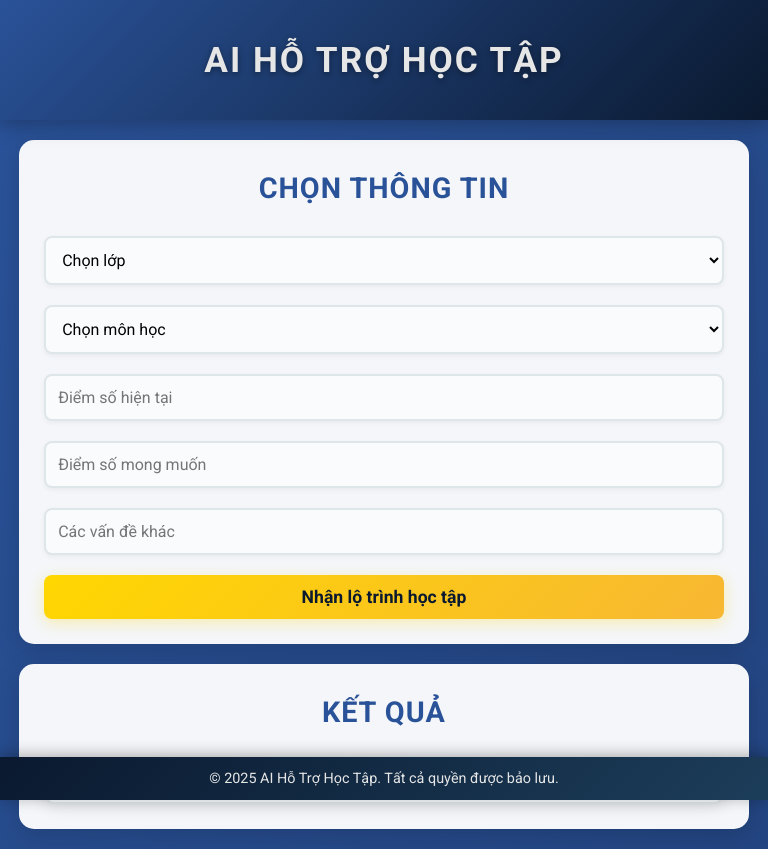
Repository: quankenda73/Prject_Final
Page: INDEX/lotrinhhoctap.html
The author's editor kept a copy of each file at every save. The page is drawn from the files as they stood at one save, then again after the next save.
The browser window is 768 px wide. The pictures show the whole page.

Above is the page before, as saved 2025-02-25 11:21:58.

### INDEX/lotrinhhoctap.html
<!DOCTYPE html>
<html lang="vi">
<head>
    <meta charset="UTF-8">
    <meta name="viewport" content="width=device-width, initial-scale=1.0">
    <title>AI Hỗ Trợ Học Tập</title>
    <link href="https://fonts.googleapis.com/css2?family=Roboto:wght@400;700&display=swap" rel="stylesheet">
    <style>
       /* CSS cho trang */
* {
    margin: 0;
    padding: 0;
    box-sizing: border-box;
    font-family: 'Roboto', sans-serif;
}

/* Body */
body {
    background: linear-gradient(135deg, #1e3c72, #2a5298, #1e3c72); /* Gradient xanh lam đậm */
    background-size: 300% 300%;
    animation: gradientBG 15s ease infinite; /* Hiệu ứng chuyển động nhẹ */
    color: #e6e6e6; /* Màu chữ trắng nhẹ */
    line-height: 1.6;
    min-height: 100vh;
    position: relative;
}

/* Hiệu ứng nền động */
@keyframes gradientBG {
    0% { background-position: 0% 50%; }
    50% { background-position: 100% 50%; }
    100% { background-position: 0% 50%; }
}

/* Header */
header {
    background: linear-gradient(135deg, #2a5298, #0a192f); /* Gradient xanh đậm sang trọng */
    color: #e6e6e6;
    padding: 2rem 0;
    text-align: center;
    box-shadow: 0 4px 20px rgba(0, 0, 0, 0.3);
    position: relative;
    z-index: 10;
}

header h1 {
    font-size: 2.8rem;
    font-weight: 700;
    text-transform: uppercase;
    letter-spacing: 2px;
    text-shadow: 0 2px 6px rgba(0, 0, 0, 0.4);
    animation: fadeInDown 1s ease;
}

/* Container */
.container {
    display: flex;
    justify-content: space-between;
    width: 90%;
    max-width: 1400px; /* Tăng chiều rộng tối đa */
    margin: 40px auto;
    gap: 40px; /* Khoảng cách giữa hai phần */
}

/* Form Container */
.form-container {
    width: 50%;
    background: rgba(255, 255, 255, 0.95);
    padding: 40px;
    border-radius: 15px;
    box-shadow: 0 6px 25px rgba(0, 0, 0, 0.15);
    transition: transform 0.3s ease, box-shadow 0.3s ease;
}

.form-container:hover {
    transform: translateY(-5px);
    box-shadow: 0 10px 35px rgba(0, 0, 0, 0.2);
}

.form-container h2 {
    color: #2a5298;
    font-size: 2rem;
    font-weight: 700;
    text-align: center;
    margin-bottom: 25px;
    text-transform: uppercase;
    letter-spacing: 1px;
}

/* Result Container */
.result-container {
    width: 50%;
    background: rgba(255, 255, 255, 0.95);
    padding: 40px;
    border-radius: 15px;
    box-shadow: 0 6px 25px rgba(0, 0, 0, 0.15);
    transition: transform 0.3s ease, box-shadow 0.3s ease;
}

.result-container:hover {
    transform: translateY(-5px);
    box-shadow: 0 10px 35px rgba(0, 0, 0, 0.2);
}

.result-container h2 {
    color: #2a5298;
    font-size: 2rem;
    font-weight: 700;
    text-align: center;
    margin-bottom: 25px;
    text-transform: uppercase;
    letter-spacing: 1px;
}

/* Input, Select */
input[type="text"],
select {
    width: 100%;
    padding: 14px;
    margin-bottom: 20px;
    border: 2px solid #dfe6e9;
    border-radius: 8px;
    font-size: 1.1rem;
    background: #f9fbfd;
    transition: all 0.3s ease;
    box-shadow: 0 2px 5px rgba(0, 0, 0, 0.05);
}

input[type="text"]:focus,
select:focus {
    border-color: #ffd700; /* Vàng ánh kim */
    outline: none;
    box-shadow: 0 0 10px rgba(255, 215, 0, 0.3);
    background: #fff;
}

/* Button */
button {
    padding: 14px;
    background: linear-gradient(135deg, #ffd700, #f7b733); /* Gradient vàng ánh kim */
    color: #0a192f;
    border: none;
    border-radius: 8px;
    cursor: pointer;
    width: 100%;
    font-size: 1.2rem;
    font-weight: 600;
    transition: all 0.4s ease;
    box-shadow: 0 4px 15px rgba(255, 215, 0, 0.3);
}

button:hover {
    background: linear-gradient(135deg, #f7b733, #ffd700);
    transform: scale(1.05);
    box-shadow: 0 8px 25px rgba(255, 215, 0, 0.5);
}

/* Response */
.response {
    margin-top: 20px;
    padding: 25px;
    background: #f9fbfd;
    border: 2px solid #dfe6e9;
    border-radius: 10px;
    box-shadow: 0 4px 15px rgba(0, 0, 0, 0.1);
    font-size: 1.1rem;
    line-height: 1.6;
    color: #2c3e50;
}

.response h2 {
    font-size: 1.5rem;
    margin-bottom: 15px;
    color: #2a5298;
}

.response h3 {
    font-size: 1.3rem;
    margin: 10px 0;
    color: #1e3c72;
}

/* Knowledge Checkboxes */
.knowledge-checkboxes {
    display: none;
    margin-bottom: 20px;
}

.knowledge-checkboxes label {
    display: block;
    margin: 8px 0;
    font-size: 1rem;
    color: #4a5a6b;
}

.knowledge-checkboxes input[type="checkbox"] {
    margin-right: 10px;
    accent-color: #ffd700; /* Màu vàng ánh kim cho checkbox */
}

.knowledge-checkboxes strong {
    color: #2a5298;
    font-weight: 600;
}

/* Footer */
footer {
    position: fixed;
    bottom: 0;
    left: 0;
    width: 100%;
    text-align: center;
    padding: 15px 0;
    background: linear-gradient(135deg, #0a192f, #1c3d5a);
    color: #e6e6e6;
    box-shadow: 0 -2px 15px rgba(0, 0, 0, 0.3);
    font-size: 0.95rem;
    font-weight: 300;
}

/* Animations */
@keyframes fadeInDown {
    from { opacity: 0; transform: translateY(-20px); }
    to { opacity: 1; transform: translateY(0); }
}

/* Responsive Design */
@media (max-width: 768px) {
    .container {
        flex-direction: column;
        width: 95%;
        margin: 20px auto;
        gap: 20px;
    }

    .form-container,
    .result-container {
        width: 100%;
        padding: 25px;
    }

    header h1 {
        font-size: 2.2rem;
    }

    .form-container h2,
    .result-container h2 {
        font-size: 1.8rem;
    }

    input[type="text"],
    select {
        padding: 12px;
        font-size: 1rem;
    }

    button {
        padding: 12px;
        font-size: 1.1rem;
    }

    .response {
        padding: 20px;
        font-size: 1rem;
    }

    footer {
        padding: 10px 0;
        font-size: 0.9rem;
    }
}
    </style>
</head>
<body>

<header>
    <h1>AI Hỗ Trợ Học Tập</h1>
</header>

<div class="container">
    <div class="form-container">
        <h2>Chọn Thông Tin</h2>
        <select id="class">
            <option value="">Chọn lớp</option>
            <option value="10">Lớp 10</option>
            <option value="11">Lớp 11</option>
            <option value="12">Lớp 12</option>
        </select>

        <select id="subject" onchange="updateKnowledgeCheckboxes()">
            <option value="">Chọn môn học</option>
            <option value="Toán">Toán</option>
            <option value="Văn">Văn</option>
            <option value="Anh">Tiếng Anh</option>
            <option value="Lý">Vật Lý</option>
            <option value="Hóa">Hóa Học</option>
        </select>

        <div id="mathCheckboxes" class="knowledge-checkboxes">
            <label><strong>Kiến thức cần cải thiện (Toán):</strong></label><br>
            <label><input type="checkbox" value="Đại số"> Đại số</label><br>
            <label><input type="checkbox" value="Hình học"> Hình học</label><br>
            <label><input type="checkbox" value="Giải tích"> Giải tích</label><br>
            <label><input type="checkbox" value="Xác suất và thống kê"> Xác suất và thống kê</label><br>
            <label><input type="checkbox" value="Hình học không gian"> Hình học không gian</label><br>
            <label><input type="checkbox" value="Phương trình và bất phương trình"> Phương trình và bất phương trình</label><br>
        </div>

        <div id="literatureCheckboxes" class="knowledge-checkboxes">
            <label><strong>Kiến thức cần cải thiện (Văn):</strong></label><br>
            <label><input type="checkbox" value="Thơ"> Thơ</label><br>
            <label><input type="checkbox" value="Nghị luận"> Nghị luận</label><br>
            <label><input type="checkbox" value="Phân tích tác phẩm"> Phân tích tác phẩm</label><br>
        </div>

        <div id="englishCheckboxes" class="knowledge-checkboxes">
            <label><strong>Kiến thức cần cải thiện (Tiếng Anh):</strong></label><br>
            <label><input type="checkbox" value="Ngữ pháp"> Ngữ pháp</label><br>
            <label><input type="checkbox" value="Từ vựng"> Từ vựng</label><br>
            <label><input type="checkbox" value="Nghe"> Nghe</label><br>
            <label><input type="checkbox" value="Nói"> Nói</label><br>
        </div>

        <div id="physicsCheckboxes" class="knowledge-checkboxes">
            <label><strong>Kiến thức cần cải thiện (Vật Lý):</strong></label><br>
            <label><input type="checkbox" value="Cơ học"> Cơ học</label><br>
            <label><input type="checkbox" value="Điện từ"> Điện từ</label><br>
            <label><input type="checkbox" value="Quang học"> Quang học</label><br>
        </div>

        <div id="chemistryCheckboxes" class="knowledge-checkboxes">
            <label><strong>Kiến thức cần cải thiện (Hóa Học):</strong></label><br>
            <label><input type="checkbox" value="Phản ứng hóa học"> Phản ứng hóa học</label><br>
            <label><input type="checkbox" value="Phân tích hóa học"> Phân tích hóa học</label><br>
            <label><input type="checkbox" value="Hóa hữu cơ"> Hóa hữu cơ</label><br>
        </div>

        <input type="text" id="currentScore" placeholder="Điểm số hiện tại" required>
        <input type="text" id="desiredScore" placeholder="Điểm số mong muốn" required>
        <input type="text" id="otherIssues" placeholder="Các vấn đề khác">

        <button onclick="getStudyPlan()">Nhận lộ trình học tập</button>
    </div>

    <div class="result-container">
        <h2>Kết Quả</h2>
        <div class="response" id="response"></div>
    </div>
</div>

<footer>
    <p>&copy; 2025 AI Hỗ Trợ Học Tập. Tất cả quyền được bảo lưu.</p>
</footer>

<script>
    function getSelectedKnowledgeNeeds() {
        const checkboxes = document.querySelectorAll('input[type="checkbox"]:checked');
        const selectedValues = Array.from(checkboxes).map(checkbox => checkbox.value);
        return selectedValues.join(', ');
    }

    function updateKnowledgeCheckboxes() {
        const subject = document.getElementById("subject").value;

        // Ẩn tất cả checkbox
        document.querySelectorAll('.knowledge-checkboxes').forEach((element) => {
            element.style.display = 'none';
        });

        // Hiển thị checkbox tương ứng với môn học đã chọn
        if (subject === "Toán") {
            document.getElementById("mathCheckboxes").style.display = 'block';
        } else if (subject === "Văn") {
            document.getElementById("literatureCheckboxes").style.display = 'block';
        } else if (subject === "Anh") {
            document.getElementById("englishCheckboxes").style.display = 'block';
        } else if (subject === "Lý") {
            document.getElementById("physicsCheckboxes").style.display = 'block';
        } else if (subject === "Hóa") {
            document.getElementById("chemistryCheckboxes").style.display = 'block';
        }
    }

    async function getStudyPlan() {
        const classLevel = document.getElementById("class").value;
        const subject = document.getElementById("subject").value;
        const currentScore = document.getElementById("currentScore").value;
        const desiredScore = document.getElementById("desiredScore").value;
        const knowledgeNeed = getSelectedKnowledgeNeeds();
        const otherIssues = document.getElementById("otherIssues").value;

        const responseDiv = document.getElementById("response");

        if (classLevel && subject && currentScore && desiredScore) {
            const userMessage = `Lớp ${classLevel}, Môn ${subject}, Điểm hiện tại ${currentScore}, Mong muốn ${desiredScore}, Kiến thức cần cải thiện: ${knowledgeNeed}, Các vấn đề khác: ${otherIssues}`;

            try {
                const response = await fetch('http://localhost:3000/api/chat', {
                    method: 'POST',
                    headers: {
                        'Content-Type': 'application/json',
                    },
                    body: JSON.stringify({ message: userMessage })
                });

                const data = await response.json();
                responseDiv.innerHTML = formatResponse(data.message);
            } catch (error) {
                console.error("Lỗi:", error);
                responseDiv.innerHTML = "Đã xảy ra lỗi. Vui lòng thử lại sau.";
            }
        } else {
            responseDiv.innerHTML = "Vui lòng điền đầy đủ thông tin!";
        }
    }

    function formatResponse(rawContent) {
        let formattedContent = `<h2>Lộ trình học tập đề xuất:</h2>`;

        const sections = rawContent.split("\n");
        sections.forEach(section => {
            if (section.trim()) {
                if (section.startsWith("Mục tiêu:")) {
                    formattedContent += `<h3>${section}</h3>`;
                } else if (section.startsWith("Thời gian:")) {
                    formattedContent += `<h3>${section}</h3>`;
                } else {
                    formattedContent += `<p>${section}</p>`;
                }
            }
        });

        return formattedContent;
    }
</script>

</body>
</html>

After the next save:
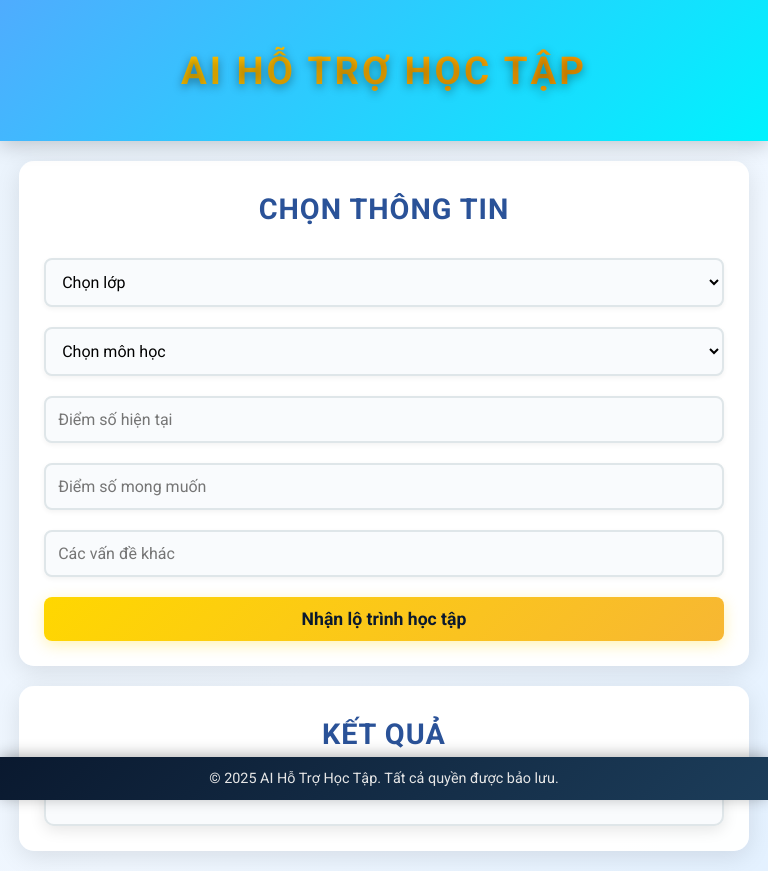
Saved 5 min 4 s later.
--- a/INDEX/lotrinhhoctap.html
+++ b/INDEX/lotrinhhoctap.html
@@ -16,10 +16,10 @@
 
 /* Body */
 body {
-    background: linear-gradient(135deg, #1e3c72, #2a5298, #1e3c72); /* Gradient xanh lam đậm */
+    background: linear-gradient(135deg, #d1e8ff, #e6f0fa, #f0f7ff, #d1e8ff); /* Gradient xanh nhạt và trắng */
     background-size: 300% 300%;
     animation: gradientBG 15s ease infinite; /* Hiệu ứng chuyển động nhẹ */
-    color: #e6e6e6; /* Màu chữ trắng nhẹ */
+    color: #2c3e50; /* Màu chữ tối để nổi trên nền sáng */
     line-height: 1.6;
     min-height: 100vh;
     position: relative;
@@ -34,21 +34,24 @@ body {
 
 /* Header */
 header {
-    background: linear-gradient(135deg, #2a5298, #0a192f); /* Gradient xanh đậm sang trọng */
-    color: #e6e6e6;
-    padding: 2rem 0;
+    background: linear-gradient(135deg, #4facfe, #00f2fe); /* Gradient xanh dương nhạt và xanh ngọc sáng */
+    color: #0a192f; /* Màu chữ tối để nổi trên nền sáng */
+    padding: 2.5rem 0;
     text-align: center;
-    box-shadow: 0 4px 20px rgba(0, 0, 0, 0.3);
+    box-shadow: 0 4px 20px rgba(0, 0, 0, 0.2);
     position: relative;
     z-index: 10;
 }
 
 header h1 {
-    font-size: 2.8rem;
+    font-size: 3.5rem; /* Tăng kích thước chữ */
     font-weight: 700;
     text-transform: uppercase;
-    letter-spacing: 2px;
-    text-shadow: 0 2px 6px rgba(0, 0, 0, 0.4);
+    letter-spacing: 3px;
+    background: linear-gradient(135deg, #ffd700, #ff8c00); /* Gradient vàng ánh kim cho chữ */
+    -webkit-background-clip: text;
+    -webkit-text-fill-color: transparent;
+    text-shadow: 0 3px 10px rgba(0, 0, 0, 0.4); /* Bóng đổ đậm hơn */
     animation: fadeInDown 1s ease;
 }
 
@@ -57,24 +60,24 @@ header h1 {
     display: flex;
     justify-content: space-between;
     width: 90%;
-    max-width: 1400px; /* Tăng chiều rộng tối đa */
+    max-width: 1400px;
     margin: 40px auto;
-    gap: 40px; /* Khoảng cách giữa hai phần */
+    gap: 40px;
 }
 
 /* Form Container */
 .form-container {
     width: 50%;
-    background: rgba(255, 255, 255, 0.95);
+    background: rgba(255, 255, 255, 0.98);
     padding: 40px;
     border-radius: 15px;
-    box-shadow: 0 6px 25px rgba(0, 0, 0, 0.15);
+    box-shadow: 0 6px 25px rgba(0, 0, 0, 0.1);
     transition: transform 0.3s ease, box-shadow 0.3s ease;
 }
 
 .form-container:hover {
     transform: translateY(-5px);
-    box-shadow: 0 10px 35px rgba(0, 0, 0, 0.2);
+    box-shadow: 0 10px 35px rgba(0, 0, 0, 0.15);
 }
 
 .form-container h2 {
@@ -90,16 +93,16 @@ header h1 {
 /* Result Container */
 .result-container {
     width: 50%;
-    background: rgba(255, 255, 255, 0.95);
+    background: rgba(255, 255, 255, 0.98);
     padding: 40px;
     border-radius: 15px;
-    box-shadow: 0 6px 25px rgba(0, 0, 0, 0.15);
+    box-shadow: 0 6px 25px rgba(0, 0, 0, 0.1);
     transition: transform 0.3s ease, box-shadow 0.3s ease;
 }
 
 .result-container:hover {
     transform: translateY(-5px);
-    box-shadow: 0 10px 35px rgba(0, 0, 0, 0.2);
+    box-shadow: 0 10px 35px rgba(0, 0, 0, 0.15);
 }
 
 .result-container h2 {
@@ -128,7 +131,7 @@ select {
 
 input[type="text"]:focus,
 select:focus {
-    border-color: #ffd700; /* Vàng ánh kim */
+    border-color: #ffd700;
     outline: none;
     box-shadow: 0 0 10px rgba(255, 215, 0, 0.3);
     background: #fff;
@@ -137,7 +140,7 @@ select:focus {
 /* Button */
 button {
     padding: 14px;
-    background: linear-gradient(135deg, #ffd700, #f7b733); /* Gradient vàng ánh kim */
+    background: linear-gradient(135deg, #ffd700, #f7b733);
     color: #0a192f;
     border: none;
     border-radius: 8px;
@@ -195,7 +198,7 @@ button:hover {
 
 .knowledge-checkboxes input[type="checkbox"] {
     margin-right: 10px;
-    accent-color: #ffd700; /* Màu vàng ánh kim cho checkbox */
+    accent-color: #ffd700;
 }
 
 .knowledge-checkboxes strong {
@@ -240,7 +243,7 @@ footer {
     }
 
     header h1 {
-        font-size: 2.2rem;
+        font-size: 2.4rem;
     }
 
     .form-container h2,
